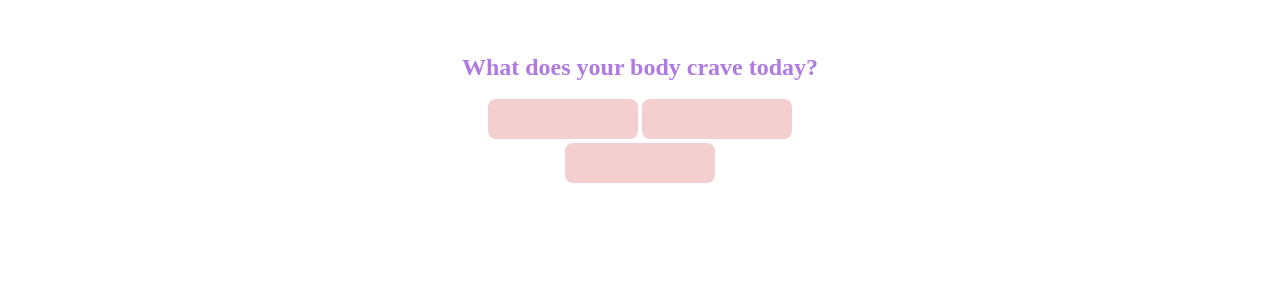
Repository: karim0829/Bella-Oter-Project
Page: index.html
An editor plug-in stored every save of this project. The page is shown before and after the next save, followed by the edit.
The browser window is 1280 px wide. The pictures show the whole page.

Above is the page before, as saved 2025-06-30 19:18:31.

### index.html
<!DOCTYPE html>
<html lang="en">
<head>
    <meta charset="UTF-8">
    <meta name="viewport" content="width=device-width, initial-scale=1.0">
    <title>Bella Oter</title>
    <link rel="stylesheet" href = "style.css">
</head>
<body>
    <br>
    <br>
    <br>
    <form>
        <label><h1>What does your body crave today?</h1></label><br>
        <button type = 'submit' id = 'grounding' name='grounding'></button>
        <button type = 'submit' id = 'grounding' name='grounding'></button><br>
           <button type = 'submit' id = 'grounding' name='grounding'></button>
    </form>
</body>
</html>

### style.css

* {
    padding:0;
    margin:0;

}

body {
    text-align: center;
}

form h1 {
    font-size:24px;
    text-align: center;
    color:rgba(125, 37, 207, 0.613)
}

 button {
    width: 150px;
    height: 40px;
    cursor: pointer;
    border: none;
    border-radius: 8px;
    background-color: #f3cfcf;
    font-size: 16px;
}

After the next save:
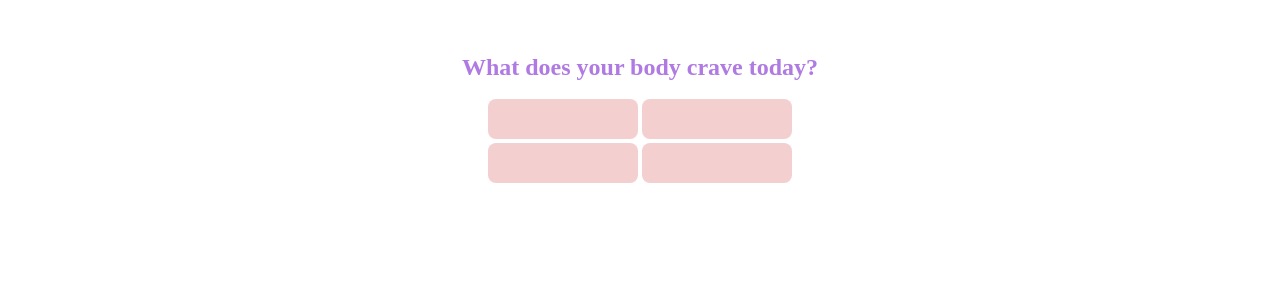
Saved 9 s later.
--- a/index.html
+++ b/index.html
@@ -14,7 +14,8 @@
         <label><h1>What does your body crave today?</h1></label><br>
         <button type = 'submit' id = 'grounding' name='grounding'></button>
         <button type = 'submit' id = 'grounding' name='grounding'></button><br>
-           <button type = 'submit' id = 'grounding' name='grounding'></button>
+        <button type = 'submit' id = 'grounding' name='grounding'></button>
+        <button type = 'submit' id = 'grounding' name='grounding'></button>
     </form>
 </body>
 </html>
